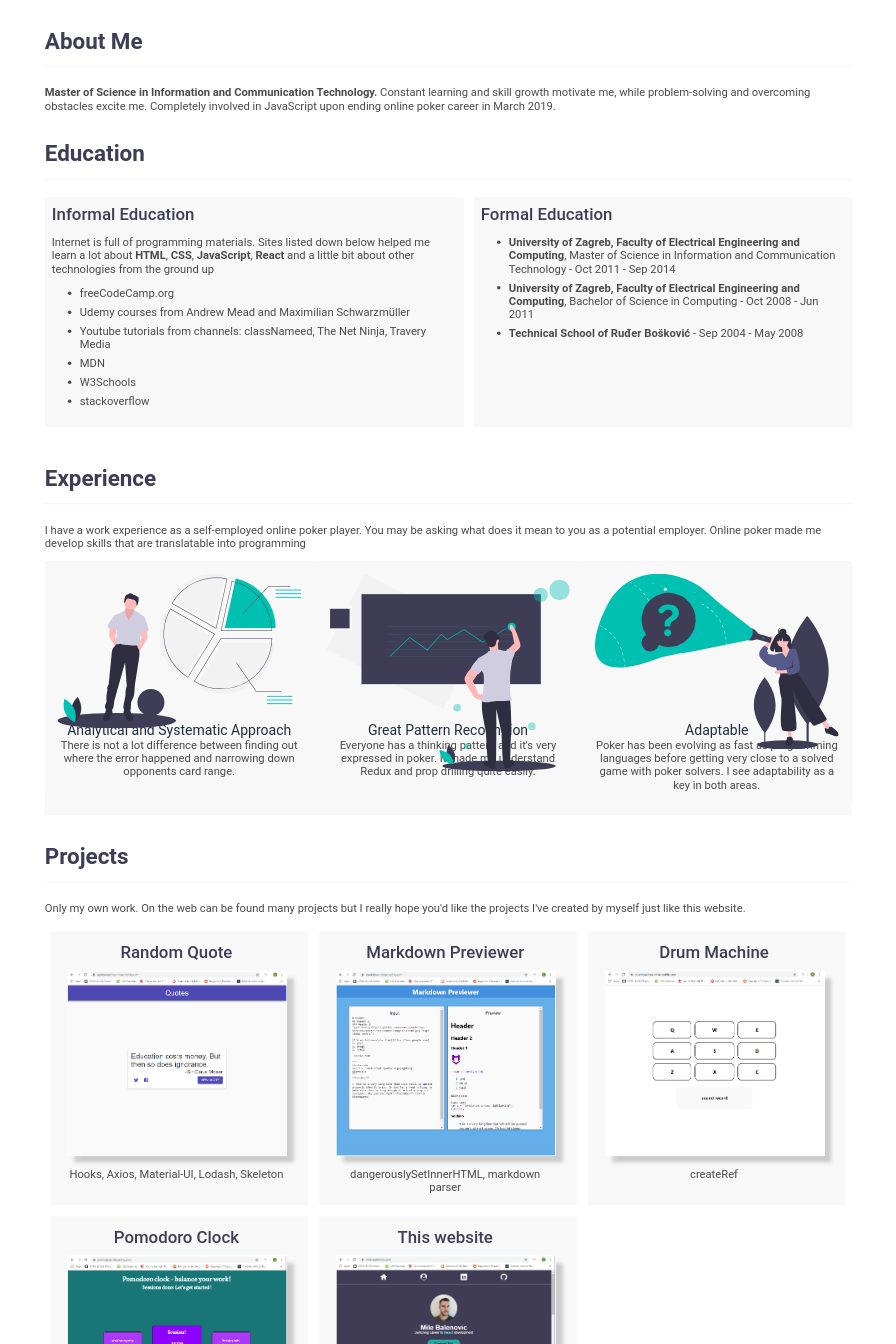
Repository: milac0/my-website
Page: /
An editor plug-in stored every save of this project. The page is shown before and after the next save, followed by the edit.
The browser window is 1280 px wide. The pictures show the part of the page from y = 421 to 2341 px (the page is 3017 px tall), at 70% of full size.
The project was rebuilt for these pictures with package versions that can differ from the ones it lists, and the page was loaded fresh each time. Also part of the build but not shown: src/components/formContact.module.css, src/components/FormContact.js, src/pages/contact.module.css, src/pages/Contact.js. Imported but missing from the stored project, and not drawn on this page: src/resume.pdf.

Above is the page before, as saved 2019-10-29 19:46:42.

### public/index.html
<!DOCTYPE html>
<html lang="en">
  <head>
    <meta charset="utf-8" />
    <link rel="icon" href="%PUBLIC_URL%/favicon.ico" />
    <meta name="viewport" content="width=device-width, initial-scale=1" />
    <meta name="theme-color" content="#000000" />
    <meta
      name="description"
      content="Web site created using create-react-app"
    />
    <!--
      manifest.json provides metadata used when your web app is installed on a
      user's mobile device or desktop. See https://developers.google.com/web/fundamentals/web-app-manifest/
    -->
    <link rel="manifest" href="%PUBLIC_URL%/manifest.json" />
    <!--
      Notice the use of %PUBLIC_URL% in the tags above.
      It will be replaced with the URL of the `public` folder during the build.
      Only files inside the `public` folder can be referenced from the HTML.

      Unlike "/favicon.ico" or "favicon.ico", "%PUBLIC_URL%/favicon.ico" will
      work correctly both with client-side routing and a non-root public URL.
      Learn how to configure a non-root public URL by running `npm run build`.
    -->
    <title>Mile Balenovic</title>
  </head>
  <body>
    <noscript>You need to enable JavaScript to run this app.</noscript>
    <div id="root"></div>
    <!--
      This HTML file is a template.
      If you open it directly in the browser, you will see an empty page.

      You can add webfonts, meta tags, or analytics to this file.
      The build step will place the bundled scripts into the <body> tag.

      To begin the development, run `npm start` or `yarn start`.
      To create a production bundle, use `npm run build` or `yarn build`.
    -->
  </body>
</html>

### src/index.css
html, body {
  height: 100%;
}

body {
  margin: 0;
  font-family: 'Roboto', sans-serif;
  -webkit-font-smoothing: antialiased;
  -moz-osx-font-smoothing: grayscale;
}

/*****
  Navbar & Hero
*****/

header,
.hero {
  background:#3F3D56;
  border-bottom: 0.1px solid #ffffff;
  text-align: center;
}

.hero {
  margin-bottom: 2em;
}

.container {
  width: 90%;
  max-width: 1200px;
  margin: 0 auto;
}

nav li {
  list-style: none;
  max-width: 400px;
  margin: 0 auto;
  display: flex;
  justify-content: space-evenly;
  align-items: center;
}

.nav-item:hover {
  filter: invert(0.1);
}
nav ul {
  padding: 0;
}

.hero {
  margin-bottom: 2.5em;
}

.hero-profile {
  padding: 3em 0;
}

.hero-profile-image {
  width: 128px;
  height: 128px;
  background-color: #F8F8F9;
  margin: 0 auto;
  margin-bottom: 0.5em;
  border-radius: 50%;
}

.hero-profile-title,
.hero-profile-subtitle {
  color: #ffffff;
}

.hero-profile h1 {
  margin: 0;
  font-size: 2rem;
}

.hero-profile p {
  font-size: 1rem;
  margin: 0;
  margin-top: -0.25rem;
  margin-bottom: 1.5em;
}

.hero-profile-subtitle strong {
  font-weight: 700;
  color: #61dafb;
}

.button-cta,
.button-home {
  background: #00AEA0;
  color: #1f2e3f;
  padding: 0.75em 2em;
  border: none;
  border-radius: 20px;
  font-size: 1rem;
  font-weight: 700;
  text-decoration: none;
}

.button-cta:hover,
.button-cta:focus {
  background: #00C1B1;
  color: #1f2e3f;
  cursor: pointer;
}

.button-home {
  background: #ffffff;
  border: 2px solid #1f2e3f;
  padding: 0.3em 1em;
}

.button-home:hover,
.button-home:focus {
  border: 2px solid #ffffff;
 filter: invert(0.1);
}

/*****
  Typography
*****/

h1 {
  color: #3F3D56;
}

h2 {
  color: #3F3D56;
  font-size: 1.5rem;
  font-weight: 500;
  margin: 0;
}

p,
ul {
  color: #4a4a4a;
}

.section-skill h2 {
  color: #1F2E3F;
  font-size: 1.25rem;
  font-weight: 400;
  margin: 0;
}

.section-body {
  font-size: 1rem;
  margin-bottom: 1em;
}

#section-cta .section-title,
#section-cta .section-body {
  color: #ffffff;
}

/*****
  Layout
*****/
section {
  margin-bottom: 2.5em;
}

.section-title {
  border-bottom: 2px solid #F8F8F9;
  font-size: 2rem;
  padding-bottom: 0.5em;
}

.article-education,
.section-skill {
  box-shadow: 2px 2px #F8F8F9;
  border: 2px solid #F8F8F9;
  margin-bottom: 1em;
  padding: 0.5em;
}

.article-education li{
  margin-bottom: 0.5em;
}

.section-skill {
  background: #F8F8F9;
  text-align: center;
}

.section-skill p {
  margin: 0;
}

.responsive-container {
    width: 100%;
    padding-bottom: 56.25%; /* 9/16 = aspect ratio of image */
    position: relative;
    margin: 0 auto 1em auto;
}

.section-skill-image {
  /* display: block; */
  /* max-width: 70%; */
  height: 100%;
  width: 100%;
  position: absolute;
  /* left: 50%;
  transform: translateX(-50%); */
  left: 0;
  right: 0;
  /* top: 0;
  bottom: 0; */
  margin: auto;
}

article {
  background: #F8F8F9;
  padding: 1em 2em 0.5em 1.5em;
  margin-bottom: 0.5em;
}

article p {
  margin-top: 1em;
  margin-bottom: 0.5em;
}

article h2 {
  margin-bottom: 0.5em;
}

.projects article {
  text-align: center;
}

.project-image {
  display: block;
  max-width: 80%;
  margin: 0 auto;
  height: auto;
  cursor: pointer;
  border: 1px solid #fff;
  box-shadow: 10px 10px 5px #ccc;
}

.project-image:hover {
  filter: invert(0.1);
}

#section-cta {
  padding-bottom: 5em;
  background: #3F3D56;
}

#section-cta{
  text-align: center;
  padding: 0.5em;
}

#section-cta .button-cta {
  margin: 1em 0 2em 0;
}

footer {
  background: #F8F8F9;
  padding: 3em 0;
  width: 100%;
  text-align: center;
  flex-shrink: 0;
}

.invalid-feedback {
  color: #D8000C;
  font-size: 0.75rem;
  font-family: 'Roboto', sans-serif;
}

@media (min-width: 752px) {
  nav li {
    max-width: 100%;
    margin: 0 auto;
    display: flex;
    justify-content: flex-end;
    align-items: center;
    position: relative;
  }

  nav ul {
    margin-left: 3em;
  }

  .nav-home-item {
    position: absolute;
    left: 0;
    margin: 0;
  }

  .articles-education {
    display: flex;
    flex-direction: row;
    justify-content: space-between;
  }

  .education-one {
    margin-right: 0.5em;
  }

  .education-two {
    margin-left: 0.5em;
  }

  .section-skills {
    background: #F8F8F9;
    display: flex;
    flex-direction: row;
    align-items: baseline;
  }
  .section-skill {
    flex: 1 1 200px;
    padding: 1em;
  }

  .section-skill-image {
    height: auto;
    max-width: 100%;
  }

  .projects {
    display: grid;
    grid-template-columns: repeat(auto-fill,minmax(320px, 1fr));
   }

   .projects article {
    margin: 0.5em;
  }

   .project-image {
     max-width: 100%;
   }
}

### src/App.js
import React from 'react';
import {
  BrowserRouter as Router,
  Switch,
  Route,
} from "react-router-dom";
import Home from './pages/Home'
import Contact from './pages/Contact';

function App() {
  return (
      <Router>
        <Switch>
        <Route path ="/" exact component={Home} />
        <Route path ="/contact" component={Contact} />
        </Switch>
      </Router>

  );
}

export default App;

### src/pages/Home.js
import React, { Fragment } from "react";
import Navbar from "../components/Navbar";
import Hero from "../components/Hero";
import AboutMe from "../components/AboutMe";
import Education from "../components/Education";
import Experience from "../components/Experience";
import Projects from "../components/Projects";
import SectionCTA from "../components/SectionCTA";
import Footer from "../components/Footer";

const Home = () => {
  return (
    <Fragment>
      <Navbar />
      <Hero />
      <main>
        <div className="container">
          <AboutMe />
          <Education />
          <Experience />
          <Projects />
          <SectionCTA />
        </div>
      </main>
      <Footer />
    </Fragment>
  );
};

export default Home;

### src/components/Navbar.js
import React from "react";
import { Link } from "react-router-dom";

import resumeIcon from "../images/resume.png";
import linkedinIcon from "../images/linkedin.png";
import githubIcon from "../images/github.png";
import homeIcon from "../images/home.png";
import resumePdf from "../resume.pdf";

//mui
import Tooltip from "@material-ui/core/Tooltip";

const Navbar = () => {
  return (
    <header>
      <div className="container">
        <nav>
          <li>
            <ul className="nav-home-item">
              <Tooltip title="Home">
                <Link to="/">
                  <img className="nav-item" src={homeIcon} alt="home" />
                </Link>
              </Tooltip>
            </ul>
            <ul>
              <Tooltip title="Resume">
                <a href={resumePdf} download target="_self">
                  <img className="nav-item" src={resumeIcon} alt="resume" />
                </a>
              </Tooltip>
            </ul>
            <ul>
              <Tooltip title="Linkedin">
                <a
                  href="https://www.linkedin.com/in/mile-balenovi%C4%87-a4ab9188/"
                  target="_blank"
                  rel="noopener noreferrer"
                >
                  <img className="nav-item" src={linkedinIcon} alt="linkedin" />
                </a>
              </Tooltip>
            </ul>
            <ul>
              <Tooltip title="Github">
                <a
                  href="https://github.com/milac0"
                  target="_blank"
                  rel="noopener noreferrer"
                >
                  <img className="nav-item" src={githubIcon} alt="github" />
                </a>
              </Tooltip>
            </ul>
          </li>
        </nav>
      </div>
    </header>
  );
};

export default Navbar;

### src/components/Hero.js
import React from "react";
import { Link } from "react-router-dom";
import profileImg from "../images/profile.png";

const Hero = () => {
  return (
    <div className="hero">
      <div className="container">
        <div className="hero-profile">
          <div className="hero-profile-image">
            <img src={profileImg} alt="profile" />
          </div>
          <h1 className="hero-profile-title">Mile Balenovic</h1>
          <p className="hero-profile-subtitle">
            Switching career to <strong>React</strong> development
          </p>
          <Link to="/contact">
            <button className="button-cta">Contact Me!</button>
          </Link>
        </div>
      </div>
    </div>
  );
};

export default Hero;

### src/components/AboutMe.js
import React from "react";

const AboutMe = () => {
  return (
    <section>
      <h1 className="section-title">About Me</h1>
      <p className="section-body">
        <strong>
          Master of Science in Information and Communication Technology.
        </strong>{" "}
        Constant learning and skill growth motivate me, while problem-solving
         and overcoming obstacles excite me. Completely involved
        in JavaScript upon ending online poker career in March 2019.
      </p>
    </section>
  );
};

export default AboutMe;

### src/components/Education.js
import React from "react";

const Education = () => {
  return (
    <section>
      <h1 className="section-title">Education</h1>
      <div className="articles-education">
      <article className="article-education education-one">
        <h2>Informal Education</h2>
        <p>
          Internet is full of programming materials. Sites listed down below
          helped me learn a lot about
          <strong> HTML</strong>, <strong>CSS</strong>,{" "}
          <strong>JavaScript</strong>,<strong> React</strong> and a little bit
          about other technologies from the ground up
        </p>
        <ul>
          <li>freeCodeCamp.org</li>
          <li>Udemy courses from Andrew Mead and Maximilian Schwarzmüller</li>
          <li>
            Youtube tutorials from channels: classNameed, The Net Ninja, Travery
            Media{" "}
          </li>
          <li>MDN</li>
          <li>W3Schools</li>
          <li>stackoverflow</li>
        </ul>
      </article>
      <article className="article-education education-two">
        <h2>Formal Education</h2>
        <ul>
          <li>
            <strong>
              University of Zagreb, Faculty of Electrical Engineering and
              Computing
            </strong>
            , Master of Science in Information and Communication Technology -
            Oct 2011 - Sep 2014
          </li>
          <li>
            <strong>
              University of Zagreb, Faculty of Electrical Engineering and
              Computing
            </strong>
            , Bachelor of Science in Computing - Oct 2008 - Jun 2011
          </li>
          <li>
            <strong>Technical School of Ruđer Bošković</strong> - Sep 2004 - May
            2008
          </li>
        </ul>
      </article>
      </div>
    </section>
  );
};

export default Education;

### src/components/Experience.js
import React from "react";
import LazyLoad from "react-lazyload";
import analyticalImg from "../images/analytical.svg";
import patternImg from "../images/pattern.svg";
import adaptiveImg from "../images/adaptive.svg";

const Experience = () => {
  return (
    <section>
      <h1 className="section-title">Experience</h1>
      <p className="section-body">
        I have a work experience as a self-employed online poker player. You may
        be asking what does it mean to you as a potential employer. Online poker
        made me develop skills that are translatable into programming
      </p>
      <div className="section-skills">
      <div className="section-skill">
      <div className="section-skill-image-container">
        <LazyLoad>
          <div className="responsive-container">
          <img
            className="section-skill-image"
            src={analyticalImg}
            alt="analytical"
          />
          </div>
        </LazyLoad>
        </div>
        <h2>Analytical and Systematic Approach</h2>
        <p>
          There is not a lot difference between finding out where the error happened
          and narrowing down opponents card range.
        </p>
      </div>
      <div className="section-skill">
        <LazyLoad>
        <div className="responsive-container">
          <img className="section-skill-image" src={patternImg} alt="pattern" />
          </div>
        </LazyLoad>
        <h2>Great Pattern Recognition</h2>
        <p>
          Everyone has a thinking pattern and it's very expressed in poker. It made
          me understand Redux and prop drilling quite easily.
        </p>
      </div>
      <div className="section-skill">
        <LazyLoad>
        <div className="responsive-container">
          <img className="section-skill-image" src={adaptiveImg} alt="" />
          </div>
        </LazyLoad>
        <h2>Adaptable</h2>
        <p>
          Poker has been evolving as fast as programming languages before
          getting very close to a solved game with poker solvers. I see adaptability
          as a key in both areas.
        </p>
      </div>
      </div>
    </section>
  );
};

export default Experience;

### src/components/Projects.js
import React from "react";
import LazyLoad from "react-lazyload";

import quoteImg from "../images/quote.PNG";
import markdownImg from "../images/markdown.PNG";
import pomodoroImg from "../images/pomodoro.PNG";
import drumImg from "../images/drum.PNG";
import thissiteImg from '../images/thissite.PNG'

const Projects = () => {
  return (
    <section>
      <h1 className="section-title">Projects</h1>
      <p className="section-body">
        Only my own work. On the web can be found many projects but I really hope
        you'd like the projects I've created by myself just like this website.
      </p>
      <div className="projects">
      <article>
        <h2>Random Quote</h2>
        <a
          href="https://quotemachine-milac.netlify.com/"
          target="_blank"
          rel="noopener noreferrer"
        >
          <LazyLoad>
            <img className="project-image" src={quoteImg} alt="quote-machine" />
          </LazyLoad>
        </a>
        <p>Hooks, Axios, Material-UI, Lodash, Skeleton</p>
      </article>
      <article>
        <h2>Markdown Previewer</h2>
        <a
          href="https://markdown-milac.netlify.com/"
          target="_blank"
          rel="noopener noreferrer"
        >
          <LazyLoad>
            <img
              className="project-image"
              src={markdownImg}
              alt="markdown-previewer"
            />
          </LazyLoad>
        </a>
        <p>dangerouslySetInnerHTML, markdown parser</p>
      </article>
      <article>
        <h2>Drum Machine</h2>
        <a
          href="https://drummachine-milac.netlify.com/"
          target="_blank"
          rel="noopener noreferrer"
        >
          <LazyLoad>
            <img className="project-image" src={drumImg} alt="drum-machine" />
          </LazyLoad>
        </a>
        <p>createRef</p>
      </article>
      <article>
        <h2>Pomodoro Clock</h2>
        <a
          href="https://pomodoro-clo.netlify.com/"
          target="_blank"
          rel="noopener noreferrer"
        >
          <LazyLoad>
            <img
              className="project-image"
              src={pomodoroImg}
              alt="pomodoro clock"
            />
          </LazyLoad>
        </a>
        <p>FortAwesome, Moment, Lodash</p>
      </article>
      <article>
        <h2>This website</h2>
        <a
          href="https://mile-balenovic.com/"
          target="_blank"
          rel="noopener noreferrer"
        >
          <LazyLoad>
            <img
              className="project-image"
              src={thissiteImg}
              alt="this website"
            />
          </LazyLoad>
        </a>
        <p>Formik, LazyLoad, EmailJS, CSS Modules</p>
      </article>
      </div>
    </section>
  );
};

export default Projects;

### src/components/SectionCTA.js
import React from "react";
import { Link } from "react-router-dom";

const SectionCTA = () => {
  return (
    <section id="section-cta">
      <h1 className="section-title">Like what you've read?</h1>
      <p className="section-body">
        I have plenty more to learn, and, as a part of your team, I believe I can
        accelerate my learning and start contributing to your company in a fruitful way.
      </p>
      <Link to="/contact">
        <button className="button-cta">Contact Me!</button>
      </Link>
    </section>
  );
};

export default SectionCTA;

### src/components/Footer.js
import React from "react";

const Footer = () => {
  return (
    <footer>
      <p> Copyright 2019</p>
    </footer>
  );
};

export default Footer;

Loaded but not shown: src/index.js (common file)

After the next save:
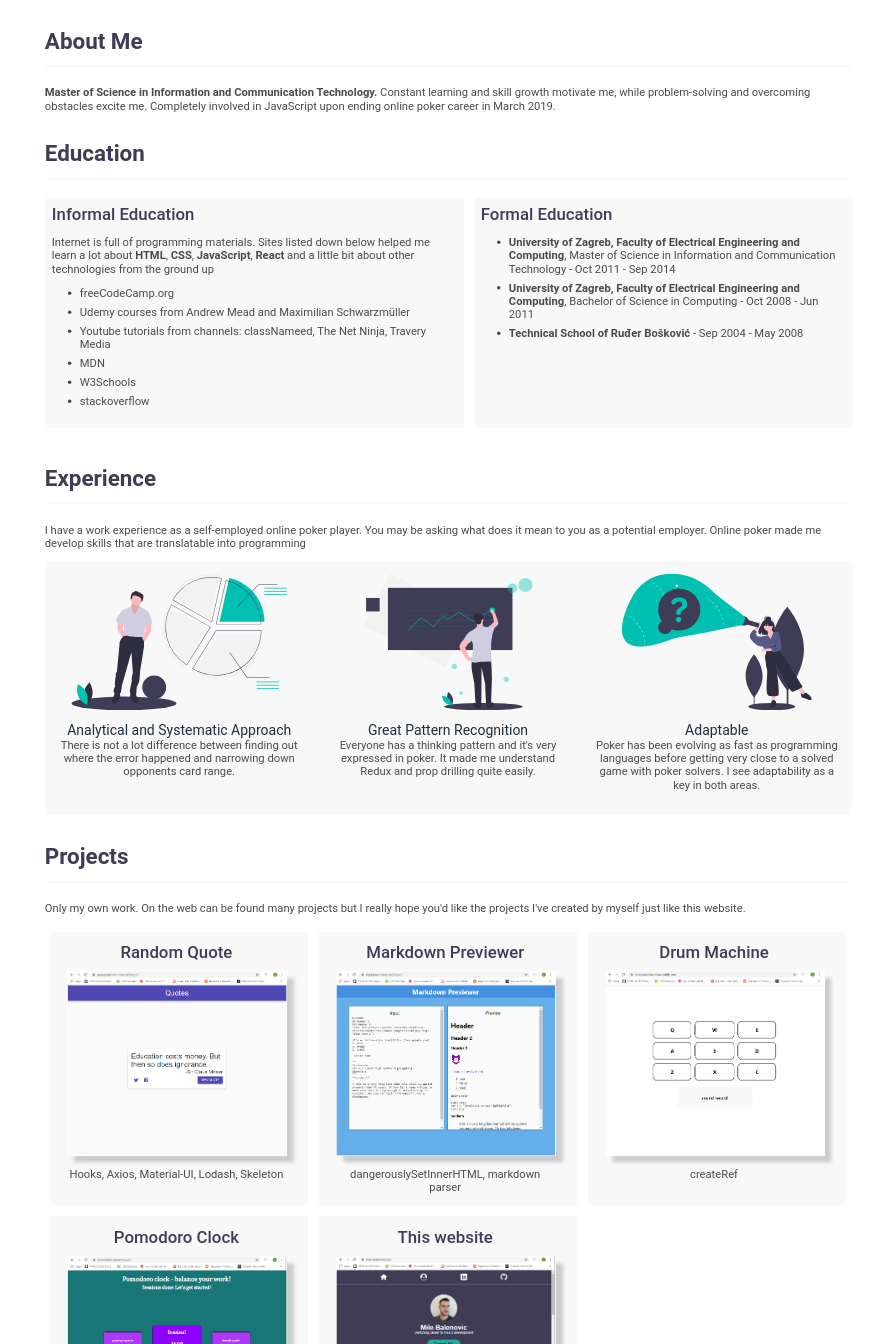
Saved 48 s later.
--- a/src/index.css
+++ b/src/index.css
@@ -315,10 +315,10 @@ footer {
     padding: 1em;
   }
 
-  .section-skill-image {
+  /* .section-skill-image {
     height: auto;
     max-width: 100%;
-  }
+  } */
 
   .projects {
     display: grid;
